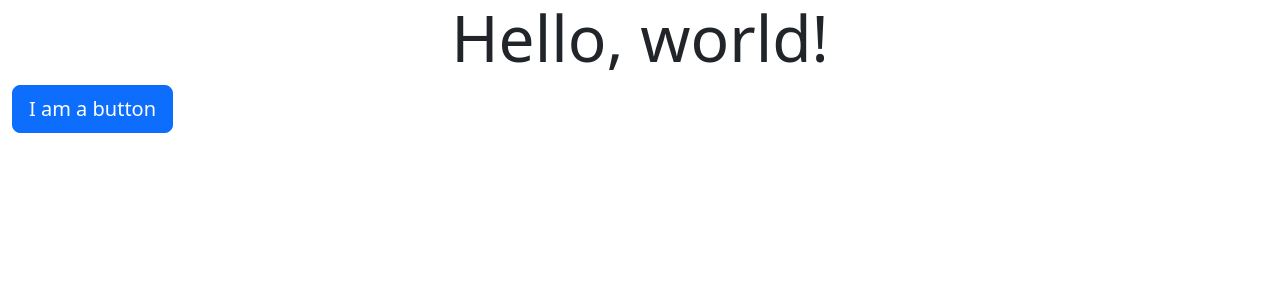
Repository: maikel-mattiu/notes-app
Page: /
These files come from the project's save history. The page is drawn as it stood at one moment and after the next save; the edit follows.
The browser window is 1280 px wide. The pictures show the whole page.
The project was rebuilt for these pictures with package versions that can differ from the ones it lists, and the page was loaded fresh each time. Also part of the build but not shown: vite.config.js, src/index.css.

Above is the page before, as saved 2024-06-24 05:24:29.

After the next save:
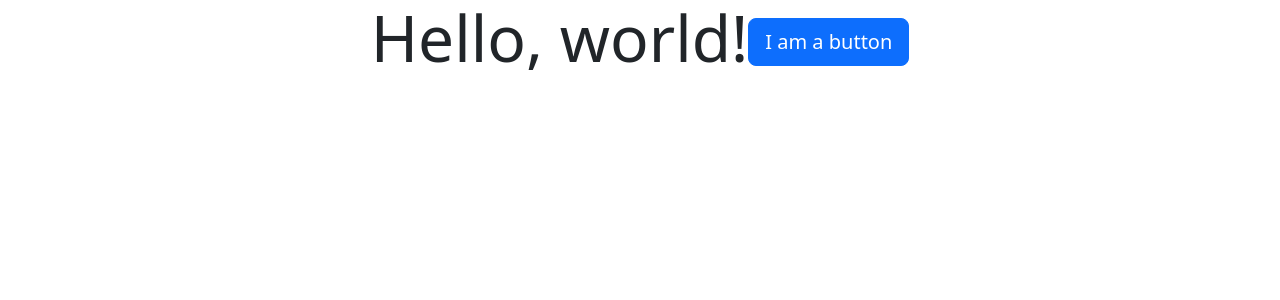
Saved 23 s later.
--- a/src/App.jsx
+++ b/src/App.jsx
@@ -6,10 +6,10 @@ import Button from "react-bootstrap/Button"
 function App() {
 	return (
 		<Container
-			className="justify-content-center"
+			className="d-flex align-items-center justify-content-center"
 			fluid
 		>
-			<h1 className="display-3 text-center">Hello, world!</h1>
+			<h1 className="display-3">Hello, world!</h1>
 			<Button
 				variant="primary"
 				size="lg"
